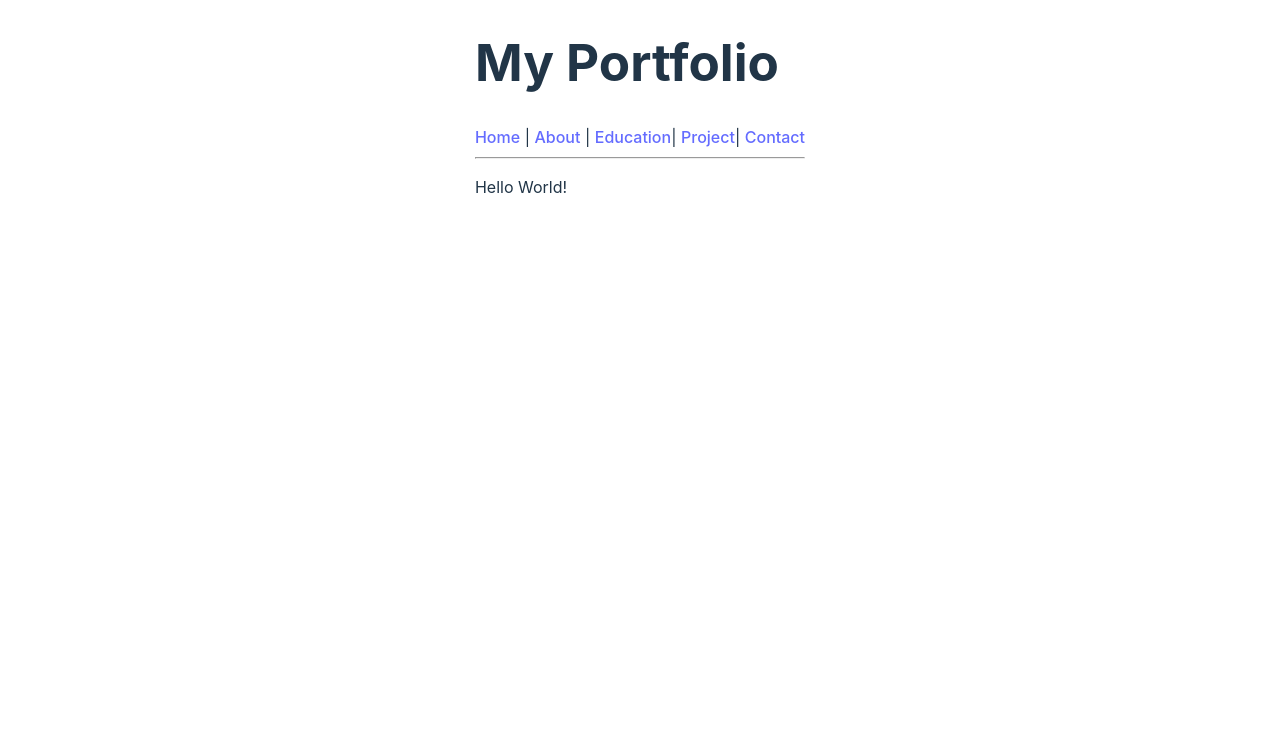
Repository: Viditv68/VIditRawat_Portfolio.github.io
Page: / (app in client/)
The author's editor kept a copy of each file at every save. The page is drawn from the files as they stood at one save, then again after the next save.
The browser window is 1280 px wide. The pictures show the whole page.
The project was rebuilt for these pictures with package versions that can differ from the ones it lists, and the page was loaded fresh each time. Also part of the build but not shown: client/vite.config.js, client/src/about.jsx, client/src/contact.jsx, client/src/education.jsx, client/src/project.jsx.

Above is the page before, as saved 2023-12-17 22:44:03.

### client/src/App.jsx
import React from 'react';
import { BrowserRouter as Router } from 'react-router-dom';
//import { ThemeProvider } from '@material-ui/styles';
import MainRouter from '../MainRouter';
//import Contact from './contact'
//import theme from '../theme';
//import { hot } from 'react-hot-loader'

const App = () => {
  return (
    <Router>

        <MainRouter />

    </Router>
  );
};

export default App;

### client/src/index.css
:root {
  font-family: Inter, system-ui, Avenir, Helvetica, Arial, sans-serif;
  line-height: 1.5;
  font-weight: 400;

  color-scheme: light dark;
  color: rgba(255, 255, 255, 0.87);
  background-color: #242424;

  font-synthesis: none;
  text-rendering: optimizeLegibility;
  -webkit-font-smoothing: antialiased;
  -moz-osx-font-smoothing: grayscale;
}

a {
  font-weight: 500;
  color: #646cff;
  text-decoration: inherit;
}
a:hover {
  color: #535bf2;
}

body {
  margin: 0;

  place-items: center;
  min-width: 320px;
  min-height: 100vh;
}

h1 {
  font-size: 3.2em;
  line-height: 1.1;
}

button {
  border-radius: 8px;
  border: 1px solid transparent;
  padding: 0.6em 1.2em;
  font-size: 1em;
  font-weight: 500;
  font-family: inherit;
  background-color: #1a1a1a;
  cursor: pointer;
  transition: border-color 0.25s;
}
button:hover {
  border-color: #646cff;
}
button:focus,
button:focus-visible {
  outline: 4px auto -webkit-focus-ring-color;
}

@media (prefers-color-scheme: light) {
  :root {
    color: #213547;
    background-color: #ffffff;
  }
  a:hover {
    color: #747bff;
  }
  button {
    background-color: #f9f9f9;
  }
}

nav {
float:right;
font-size: ;
}
nav li{
  text:bold;
  font
}

### client/MainRouter.jsx
import React from 'react'
import { Route, Routes } from 'react-router-dom'
import Home from './components/Home'
import About from './src/about'
import Contact from './src/contact'
import Education from './src/education'
import Project from './src/project'
import Layout from './components/layout'

const MainRouter = () => {
        return (<div>
                <Layout/>
                <Routes>

                        <Route exact path="/" element={<Home />} />
                        <Route exact path="/about" element={<About />} />
                        <Route exact path="/education" element={<Education />} />
                        <Route exact path="/project" element={<Project />} />
                        <Route exact path="/contact" element={<Contact />} />

                </Routes>
        </div>
        )
}
export default MainRouter

### client/components/Home.jsx
export default function Home() {
    return <p>Hello World!</p>
  }

### client/components/layout.jsx
import React from 'react';
import { Link } from 'react-router-dom';

export default function Layout() {
  return (
    <>
      <h1>My Portfolio</h1>
      <nav>
        <Link to="/">Home</Link> | <Link to="/about">About</Link> | <Link to="/education">Education</Link>| <Link to="/project">Project</Link>| <Link to="/contact">Contact</Link>
      </nav>
         <br/>
      <hr />

    </>

  );
}

Loaded but not shown: client/index.html (common file); client/src/main.jsx (common file)

After the next save:
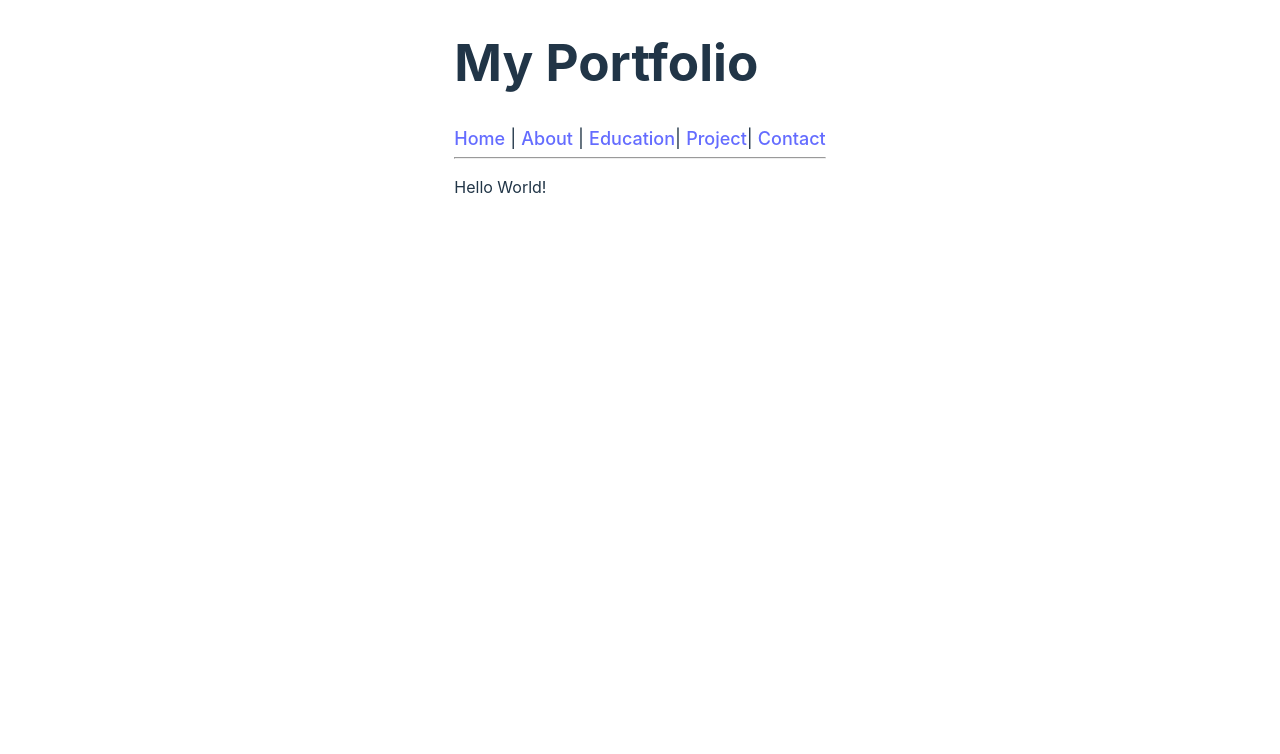
Saved 4 s later.
--- a/client/src/index.css
+++ b/client/src/index.css
@@ -69,7 +69,7 @@ button:focus-visible {
 
 nav {
 float:right;
-font-size: ;
+font-size: large;
 }
 nav li{
   text:bold;
